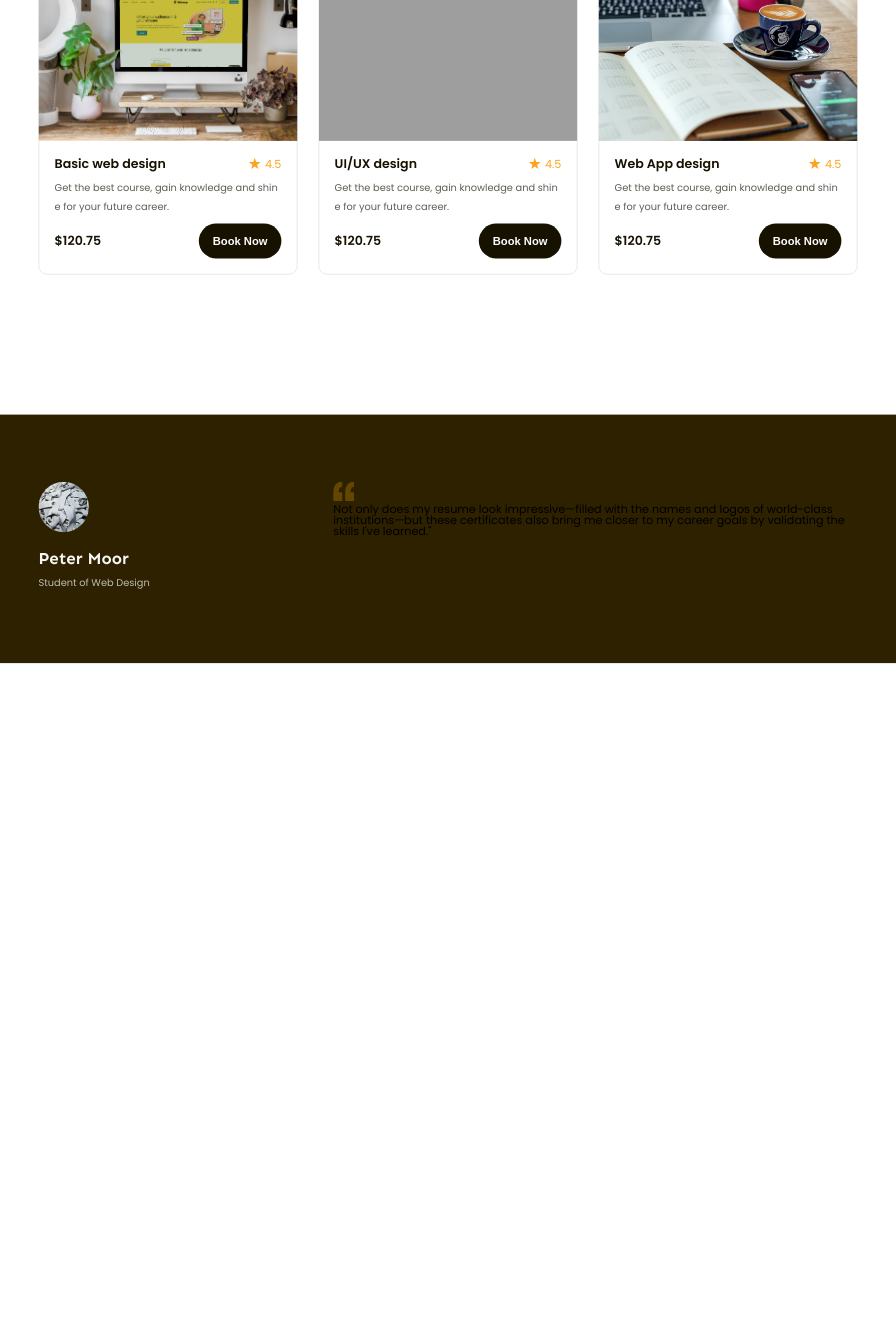
Repository: dovanlanh/f8-project-02
Page: index.html
The author's editor kept a copy of each file at every save. The page is drawn from the files as they stood at one save, then again after the next save.
The browser window is 1280 px wide. The pictures show the part of the page from y = 1356 to 3276 px (the page is 10000 px tall), at 70% of full size.
Pictures or frames that could not be fetched are drawn as grey boxes.

Above is the page before, as saved 2023-02-05 23:42:33.

### index.html
<!DOCTYPE html>
<html lang="en">
<head>
    <meta charset="UTF-8">
    <meta http-equiv="X-UA-Compatible" content="IE=edge">
    <meta name="viewport" content="width=device-width, initial-scale=1.0">
    <title>F8 Project 02</title>
    <!-- reset css -->
    <link rel="stylesheet" href="./assets/css/reset.css">
    <!-- embed fonts -->
    <link rel="preconnect" href="https://fonts.googleapis.com">
    <link rel="preconnect" href="https://fonts.gstatic.com" crossorigin>
    <link href="https://fonts.googleapis.com/css2?family=Poppins:ital,wght@0,400;0,500;0,600;0,700;1,400&family=Sen:wght@700&display=swap" rel="stylesheet">
    <!-- style -->
    <link rel="stylesheet" href="./assets/css/styles.css">
</head>
<body>
    <main style=" height: 10000px">
        <!-- header  -->
        <header class="header fixed">
            <div class="main-content">
                    <div class="body">
                        <!-- logo -->
                        <img src="./assets/img/Lesson.svg" alt="Lesson" class="Logo">
                        <!-- nav -->
                        <nav class="nav">
                            <ul>
                                <li class="active">
                                    <a href="#!">Home</a>
                                </li>
                                <li>
                                    <a href="#!">Courses</a>
                                </li>
                                <li>
                                    <a href="#!">Pricing</a>
                                </li>
                                <li>
                                    <a href="#!">Reviews</a>
                                </li>
                            </ul>
                        </nav>
                        <!-- active -->
                        <div class="action">
                            <a href="#!" class="btn sign-up-btn">Sign Up</a>
                        </div>
                    </div>
            </div>
        </header>
        <!-- Hero -->
        <div class="hero">
            <div class="main-content">
                <div class="body">
                    <!-- Hero left -->
                    <div class="media-block">
                        <img src="./assets/img/guy-lesson.svg" alt="" class="img">
                        <div class="hero-summary">
                            <div class="item">
                                <div class="icon">
                                    <img src="./assets/img/list-icon1.svg" alt="">
                                </div>
                                <div class="info">
                                    <p class="label">20 Courses</p>
                                    <p class="tittle">UI/UX Design</p>
                                </div>
                            </div>
                            <div class="item">
                                <div class="icon">
                                    <img src="./assets/img/list-icon2.svg" alt="">
                                </div>
                                <div class="info">
                                    <p class="label">20 Courses</p>
                                    <p class="tittle">Development</p>
                                </div>
                            </div>
                            <div class="item">
                                <div class="icon">
                                    <img src="./assets/img/list-icon3.svg" alt="">
                                </div>
                                <div class="info">
                                    <p class="label">30 Courses</p>
                                    <p class="tittle">Marketing</p>
                                </div>
                            </div>
                        </div>
                    </div>
                    <!-- hero-right -->
                    <div class="content-block">
                        <h1 class="heading lv1">Learn without limits and spread knowledge.</h1>
                        <p class="desc">
                            Build new skills for that “this is my year” feeling with courses, certificates, and degrees from world-class universities and companies.
                        </p>
                            <div class="cta-group">
                                <a href="#!" class="btn hero-cta">See Courses</a>
                                <button class="watch-video">
                                    <div class="icon">
                                        <img src="./assets/img/icon-watch-video.svg" alt="">
                                    </div>
                                    <span>Watch Video</span>
                                </button>
                            </div>
                        <p class="desc">Recent engagement</p>
                        <div class="desc stats">
                            <strong>50K</strong>Students
                            <strong>70+</strong>Courses
                        </div>
                    </div>
                </div>
            </div>
        </div>
        <!-- Popular -->
        <div class="popular">
            <div class="main-content">
                <!-- popular top -->
                <div class="popular-top">
                    <div class="info">
                        <h2 class="heading lv2">Our popular courses</h2>
                        <p class="desc">Build new skills with new trendy courses and shine for the next future career.</p>
                    </div>
                    <div class="controls">
                        <button class="control-btn">
                            <svg width="8" height="14" viewBox="0 0 8 14" fill="none" xmlns="http://www.w3.org/2000/svg">
                                <path d="M7 1L1 7L7 13" stroke="currentColor" stroke-linecap="round" stroke-linejoin="round"/>
                            </svg>
                        </button>
                        <button class="control-btn">
                            <svg width="8" height="14" viewBox="0 0 8 14" fill="none" xmlns="http://www.w3.org/2000/svg">
                                <path d="M1 1L7 7L1 13" stroke="currentColor" stroke-linecap="round" stroke-linejoin="round"/>
                            </svg>
                        </button>
                    </div>
                </div>
                <!-- popular-bottom -->
                <div class="course-list">
                    <!-- course item 1 -->
                    <div class="course-item">
                        <img src="./assets/img/img-popular/course1.jpg" alt="Basic web design" class="thumb">
                        <div class="info">
                            <div class="head">
                                <h3 class="tittle line-clamp break-all">Basic web design</h3>
                                <div class="rating">
                                    <img src="./assets/img/Star.svg" alt="star" class="star">
                                    <span class="value">4.5</span>
                                </div>
                            </div>
                            <p class="desc-course line-clamp line-2 break-all">Get the best course, gain knowledge and shine for your future career.</p>
                            <div class="foot">
                                <span class="price">$120.75</span>
                                <button class="btn">Book Now</button>
                            </div>
                        </div>
                    </div>
                    <!-- course item 2 -->
                    <div class="course-item">
                        <img src="./assets/img/img-popular/course2.jpg" alt="UI/UX design" class="thumb">
                        <div class="info">
                            <div class="head">
                                <h3 class="tittle line-clamp break-all">UI/UX design</h3>
                                <div class="rating">
                                    <img src="./assets/img/Star.svg" alt="star" class="star">
                                    <span class="value">4.5</span>
                                </div>
                            </div>
                            <p class="desc-course line-clamp line-2 break-all">Get the best course, gain knowledge and shine for your future career.</p>
                            <div class="foot">
                                <span class="price">$120.75</span>
                                <button class="btn">Book Now</button>
                            </div>
                        </div>
                    </div>
                    <!-- course item 3 -->
                    <div class="course-item">
                        <img src="./assets/img/img-popular/course3.jpg" alt="Web App design" class="thumb">
                        <div class="info">
                            <div class="head">
                                <h3 class="tittle line-clamp break-all">Web App design</h3>
                                <div class="rating">
                                    <img src="./assets/img/Star.svg" alt="star" class="star">
                                    <span class="value">4.5</span>
                                </div>
                            </div>
                            <p class="desc-course line-clamp line-2 break-all">Get the best course, gain knowledge and shine for your future career.</p>
                            <div class="foot">
                                <span class="price">$120.75</span>
                                <button class="btn">Book Now</button>
                            </div>
                        </div>
                    </div>
                </div>
            </div>
        </div>
        <!-- feedback -->
        <div class="feedback">
            <div class="main-content">
                <div class="feedback-list">
                    <div class="feedback-item">
                        <!-- fdb-left -->
                        <div class="info">
                            <img src="./assets/img/img-quotes.jpg" alt="Peter Moor" class="feedback-avt">
                            <p class="tittle-fdb">Peter Moor</p>
                            <p class="desc-fdb">Student of Web Design</p>
                            <div class="dots">
                                <span class="dot"></span>
                                <span class="dot"></span>
                                <span class="dot"></span>
                            </div>
                        </div>
                        <!-- fdb-right -->
                        <div class="content-fdb">
                            <img src="./assets/img/open-quotes.svg" alt="open quotes" class="open-quotes">
                            <blockquote>
                                Not only does my resume look impressive—filled with the names and logos of world-class institutions—but these certificates also bring me closer to my career goals by validating the skills I've learned."
                            </blockquote>
                        </div>
                    </div>
                </div>
            </div>
        </div>
    </main>
</body>
</html>

### assets/css/styles.css
* {
    box-sizing: border-box;
}
:root {
    --font-heading: sen, sans-serif;
    --primary-color:#FFB900;
}
html,
body {
    scroll-behavior: smooth;
    font-size: 62.5%;
}

html {
    font-size: 62.5%;
}

body {
    font-size: 1.6rem;
    font-family: 'Poppins', sans-serif;
}

/* common */
.break-all {
    word-break: break-all;
}
.line-clamp {
    display: -webkit-box;
    -webkit-line-clamp: var(--line-clamp, 1);
    -webkit-box-orient: vertical;
    overflow: hidden;
}
.line-clamp.line-2 {
    --line-clamp: 2;
}
.heading {
    font-family: var(--font-heading);
    font-weight: 700;
    letter-spacing: -0.02em;
    color: #171100;
}
a {
    text-decoration: none;
}
.main-content {
    width: 1170px;
    max-width: calc(100% - 48px);
    margin-left: auto;
    margin-right: auto;
}
.btn {
    min-width: 118px;
    display: inline-block;
    padding: 0 16px;
    align-items: center;
    line-height: 50px;
    font-weight: 600;
    font-size: 1.6rem;
    text-align: center;
    color: #FFFFFF;
    background: #171100;
    border-radius: 999px;
}
.btn:hover {
    opacity: 0.9;
}
/* header */
.header {
    background:#FFFCF4;
}
.header.fixed {
    position: sticky;
    top: -32px;
    z-index: 1;
}
.header .body {
    display: flex;
    align-items: center;
    padding: 36px 0 8px;
}
.nav ul {
    display: flex;
}

.nav {
    margin-left: auto;
}
.nav a {
    position: relative;
    padding: 8px 21px;
    font-weight: 400;
    font-size: 1.6rem;
    color: #5F5B53;
}
.nav a:hover,
.nav li.active a {
    text-shadow: 1px 0 0 currentColor;
    color: #171100;
}
.nav li.active a::after {
    left: 21px;
    bottom: 6px;
    display: block;
    content: "";
    position: absolute;
    width: 12px;
    height: 2px;
    background: #171100;
    border-radius: 1px;
}
.header .sign-up-btn {
    min-width: 144px;
}
.header .action {
    margin-left: 49px;
}

/* hero */
.hero {
    padding: 56px 0 65px;
    background:#FFFCF4;
}
.hero .body {
    display: flex;
}
/* hero left */
.hero .media-block {
    width: 48%;
    position: relative;
}

.hero .media-block .img {
    width: 470px;
    height: 685px;
    object-fit: cover;
    border-radius: 20px;
    display: block;
}
.hero .media-block .hero-summary {
    position: absolute;
    right: 0;
    bottom: 48px;
}
.hero .hero-summary {
    width: 270px;
    padding: 24px;
    background: #FFFFFF;
    box-shadow: 0px 16px 32px rgba(0, 0, 0, 0.05);
    border-radius: 12px;
}
.hero-summary .item {
    display: flex;
    align-items: center;
}
.hero-summary .icon {
    width: 48px;
    height: 48px;
    border-radius: 50%;
    display: flex;
    align-items: center;
    justify-content: center;
    background: #FFF9E8;
}
.hero-summary .info {
    margin-left: 16px;
}
.hero-summary .label {
    font-weight: 400;
    font-size: 1.4rem;
    line-height: 1.86;
    color: #5F5B53;
}
.hero-summary .tittle {
    font-weight: 600;
    font-size: 1.8rem;
    line-height: 1.67;
    color: #171100;
}
.hero-summary .item + .item {
    margin-top: 22px;
}
.hero-summary .item:nth-of-type(2) .icon {
    background: #FCEFFF;
}
.hero-summary .item:nth-of-type(3) .icon {
    background: #EBEAFF;
}
/* hero right */
.hero .content-block {
    width: 52%;
    padding: 64px 0 0 130px;
}
.hero .content-block .heading.lv1 {
    font-size: 5.8rem;
    line-height: 1.17;
}
.content-block .desc {
    margin-top: 22px;
    font-weight: 400;
    font-size: 1.8rem;
    line-height: 1.67;
    color: #5F5B53;
}
.content-block .cta-group {
    margin: 38px 0 48px;
}
.content-block .cta-group .hero-cta{
    min-width: 180px;
    background-color: var(--primary-color);
    line-height: 64px;
}
.content-block .cta-group {
    display: flex;
    align-items: center;
}
.hero .watch-video {
    margin-left: 28px;
    display: flex;
    align-items: center;
    border: none;
    background: transparent;
    cursor: pointer;

}
.cta-group span {
    font-family: 'poppins', sans-serif;
    margin-left: 14px;
    font-weight: 600;
    font-size: 1.8rem;
    line-height: 1.67;
    color: #171100;
}
.hero .watch-video .icon {
    display: flex;
    align-items: center;
    justify-content: center;
    width: 40px;
    height: 40px;
    background: #FFFFFF;
    box-shadow: 0px 8px 16px rgba(0, 0, 0, 0.07);
    border-radius: 50%;
    cursor: pointer;
}
.hero .watch-video .icon:hover {
    background: orange;
    opacity: 0.5;
}
.hero .stats {
    margin: 8px 0 0 -28px;

}
.hero .stats strong {
    --font-heading: sen, sans-serif;
    padding: 0 8px 0 28px;
    font-weight: 700;
    font-size: 4.4rem;
    line-height: 1.23;
    color: #171100;
}
/* popular */
.popular {
    padding: 65px 0;
    margin-top: 135px;
}
.popular .heading.lv2 {
    font-size: 3.8rem;
    line-height: 1.26;
}
.popular .desc {
    margin-top: 16px;
    width: 458px;
    font-weight: 400;
    font-size: 1.8rem;
    line-height: 1.67;
    color: #5F5B53;
}
.popular .popular-top {
    display: flex;
    justify-content: space-between;
    align-items: center;
}
.popular-top .controls {
    display: flex;
    gap: 18px;
}
.popular-top .control-btn {
    display: flex;
    align-items: center;
    justify-content: center;
    width: 40px;
    height: 40px;
    color: var(--primary-color);
    border: 1px solid var(--primary-color);
    border-radius: 50%;
    background: transparent;
}
.popular-top .control-btn:hover {
    color: #fff;
    background: var(--primary-color);
    cursor: pointer;
}
/* Course list */
.popular .course-list {
    display: flex;
    gap: 30px;
    margin-top: 55px;
}
.popular .course-item {
    flex: 1;
    width: 370px;
    background: #FFFFFF;
    border: 1px solid #E2DFDA;
    border-radius: 12px;
}
.popular .course-item .thumb {
    width: calc(100% + 2px);
    height: 278px;
    margin: -1px;
    object-fit: cover;
    border-radius: 12px 12px 0px 0px;
}
.popular .course-item .info {
    padding: 16px 22px 22px;
}
.popular .course-item .foot,
.popular .course-item .rating,
.popular .course-item .head {
    display: flex;
    align-items: center;
    justify-content: space-between;
}
.popular .course-item .tittle {
    padding-right: 6px;
    font-weight: 600;
    font-size: 1.8rem;
    line-height: 1.67;
    color: #171100;
}
.popular .course-item .rating .value {
    margin-left: 6px;
    font-weight: 400;
    font-size: 1.6rem;
    line-height: 1.75;
    color: #FEA31B;
}
.popular .course-item .desc-course {
    margin-top: 6px;
    font-weight: 400;
    font-size: 1.4rem;
    line-height: 1.86;
    color: #5F5B53;
}
.popular .foot {
    margin-top: 12px;
}
.popular .foot .price{
    font-weight: 600;
    font-size: 1.8rem;
    line-height: 1.67;
    color: #171100;
}
.popular .foot .btn {
    height: 50px;
    border: none;
}
.popular .foot .btn:hover {
    background: #FFB900;
    transition: 0.2s;
}
/* feedback */
.feedback {
    margin-top: 135px;
    background: #2E2100;
    padding: 96px 0;
}
.feedback .feedback-item {
    display: flex;
}
.feedback-item .feedback-avt {
    width: 72px;
    height: 72px;
    object-fit: cover;
    border-radius: 50%;
}
.feedback-item .tittle-fdb {
    font-family: var(--font-heading);
    margin-top: 18px;
    font-weight: 700;
    font-size: 2.4rem;
    line-height: 1.42;
    color: #F7F7F7;
}
.feedback-item .desc-fdb {
    margin-top: 4px;
    font-weight: 400;
    font-size: 1.4rem;
    line-height: 1.86;
    color: #BFBCB3;
}
.feedback-item .dots {
    width: 6px;
    height: 6px;
}
.feedback-item .content-fdb {
    width: 64%;
    margin-left: auto;
}

Loaded but not shown: assets/css/reset.css (common file)

After the next save:
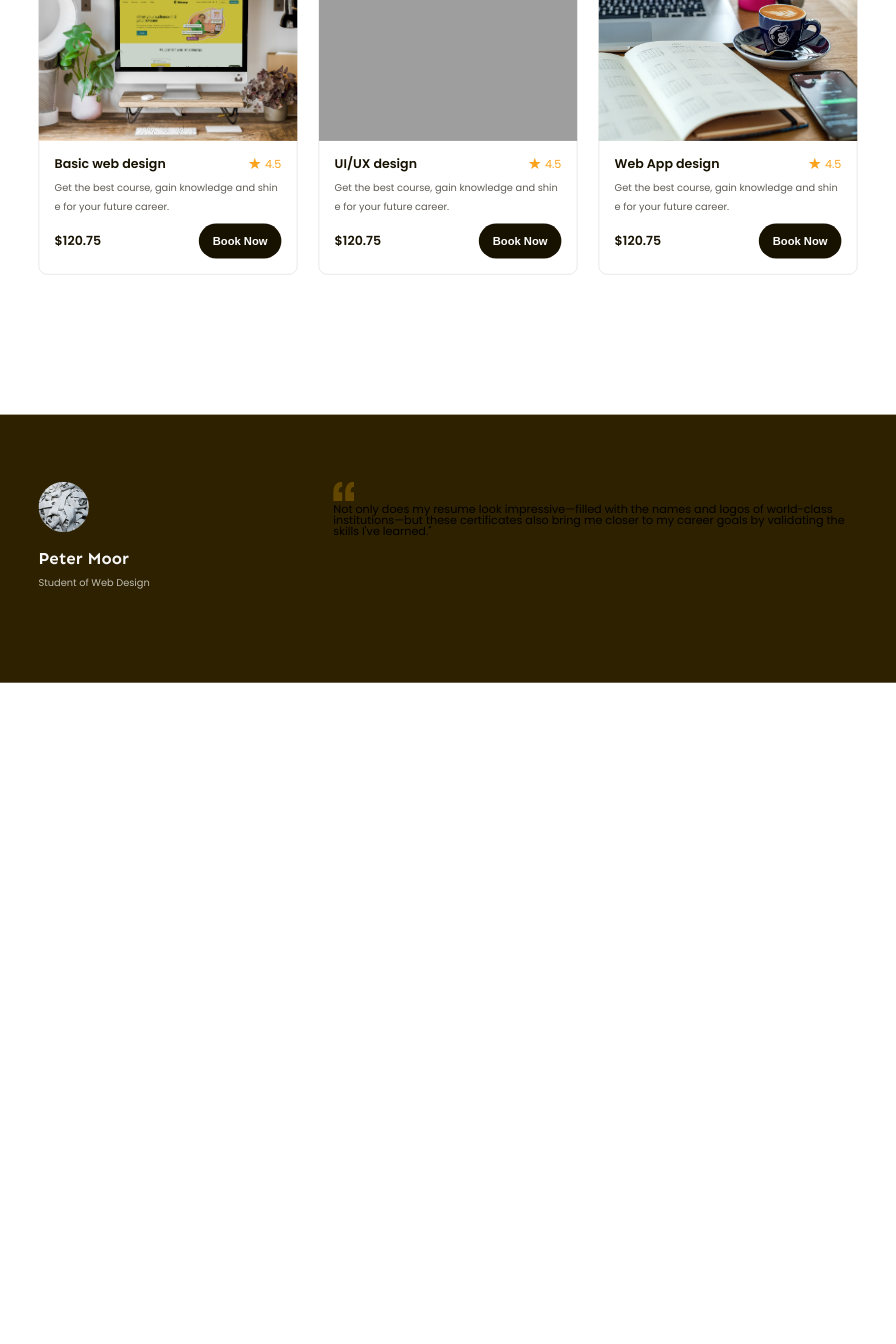
Saved 75 s later.
--- a/assets/css/styles.css
+++ b/assets/css/styles.css
@@ -398,6 +398,10 @@ a {
     color: #BFBCB3;
 }
 .feedback-item .dots {
+    display: flex;
+    margin-top: 28px;
+}
+.feedback-item .dot {
     width: 6px;
     height: 6px;
 }
